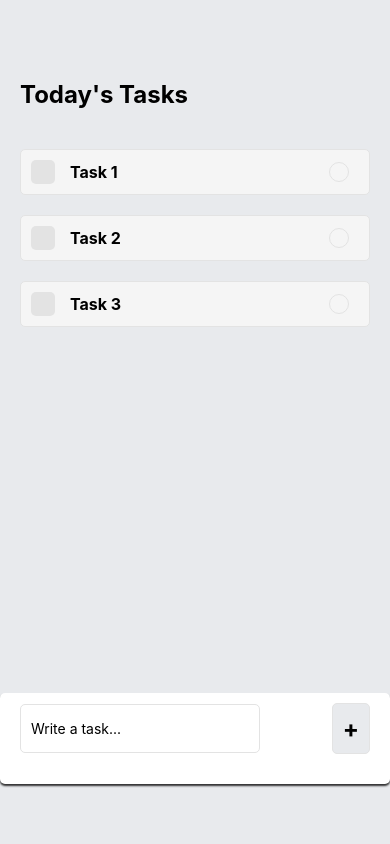
Repository: lomelo-x/ToDo-App
Screen: /
The author's editor kept a copy of each file at every save. The screen is drawn from the files as they stood at one save, then again after the next save.
The app was drawn by React Native's web renderer in a window 390 px wide. The project was rebuilt for these pictures with package versions that can differ from the ones it lists, and the page was loaded fresh each time.

Above is the screen before, as saved 2022-06-17 21:19:21.

### App.js
import { StatusBar } from 'expo-status-bar';
import { StyleSheet, Text, View, KeyboardAvoidingView, Platform, TextInput, TouchableOpacity } from 'react-native';
import Task from './components/Task';

export default function App() {
	return (
		<View style={styles.container}>
			<View style={styles.todoContainer}>
				<Text style={styles.sectionTitle}>Today's Tasks</Text>
				<View style={styles.itemsContainer}>
					<Task text={'Task 1'} />
					<Task text={'Task 2'}/>
					<Task text={'Task 3'}/>
				</View>
			</View>
			<KeyboardAvoidingView
			behavior={Platform.OS === 'ios' ? 'padding' : "height" }
			style={styles.writeTaskContainer}>
				<TextInput style={styles.writeTaskInput} placeholder="Write a task..." />
				<TouchableOpacity>
					<View style={styles.addTaskButton}>
						<Text style={styles.addTaskButtonText}>+</Text>
					</View>
				</TouchableOpacity>
			</KeyboardAvoidingView>
		</View>
	);
}

const styles = StyleSheet.create({
	container: {
		flex: 1,
		backgroundColor: '#E8EAED',
	},
	todoContainer: {
		paddingTop: 80,
		paddingHorizontal: 20,
	},
	sectionTitle: {
		fontSize: 24,
		fontWeight: 'bold',
		marginBottom: 20,
	},
	itemsContainer: {
		marginTop: 20,
	},
	writeTaskContainer: {
		position: 'absolute',
		bottom: 60,
		width: '100%',
		flexDirection: 'row',
		alignItems: 'center',
		justifyContent: 'space-between',
		paddingHorizontal: 20,
		paddingVertical: 10,
		backgroundColor: '#fff',
		borderRadius: 5,
		shadowColor: '#000',
		shadowOffset: { width: 0, height: 2 },
		shadowOpacity: 0.8,
		shadowRadius: 2,
		elevation: 1,
		marginTop: 20,
	},
writeTaskInput: {
	paddingVertical: 15,
		borderWidth: 1,
		borderColor: '#e3e3e3',
		borderRadius: 5,
		padding: 10,
		marginBottom: 20,
	},
addTaskButton: {
		backgroundColor: '#E8EAED',
		padding: 10,
		borderRadius: 5,
		borderWidth: 1,
		borderColor: '#e3e3e3',
		flexDirection: 'row',
		alignItems: 'center',
		justifyContent: 'space-between',
		marginBottom: 20,
	},
addTaskButtonText: {
		fontSize: 24,
		fontWeight: 'bold',
	},
});

### components/Task.js
import React from 'react';
import { View, Text, StyleSheet, TouchableOpacity } from 'react-native';

const Task = ({ text }) => {
	return (
		<View style={styles.taskContainer}>
			<View style={styles.taskLeft}>
				<TouchableOpacity style={styles.square}></TouchableOpacity>
				<Text style={styles.taskText}>{text}</Text>
			</View>
			<View style={styles.taskRight}></View>
		</View>
	);
};

const styles = StyleSheet.create({
	taskContainer: {
		backgroundColor: '#f5f5f5',
		padding: 10,
		marginBottom: 10,
		borderRadius: 5,
		borderWidth: 1,
		borderColor: '#e3e3e3',
		flexDirection: 'row',
		alignItems: 'center',
		justifyContent: 'space-between',
		marginBottom: 20,
	},
	taskText: {
		fontSize: 16,
		fontWeight: 'bold',
	},
	taskLeft: {
		flexDirection: 'row',
		alignItems: 'center',
		flexWrap: 'wrap',
		maxWidth: '80%',
	},
	taskRight: {
		width: 20,
		height: 20,
		borderRadius: 50,
		borderColor: '#e3e3e3',
		borderWidth: 1,
		marginRight: 10,
	},
	square: {
		width: 24,
		height: 24,
		backgroundColor: '#e3e3e3',
		borderRadius: 5,
		marginRight: 15,
	},
});

export default Task;

After the next save:
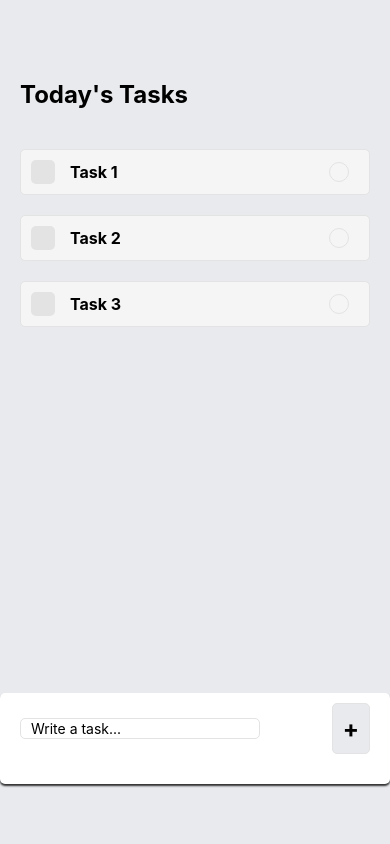
Saved 5 s later.
--- a/App.js
+++ b/App.js
@@ -63,7 +63,7 @@ const styles = StyleSheet.create({
 		marginTop: 20,
 	},
 writeTaskInput: {
-	paddingVertical: 15,
+	paddingVertical: 1,
 		borderWidth: 1,
 		borderColor: '#e3e3e3',
 		borderRadius: 5,
